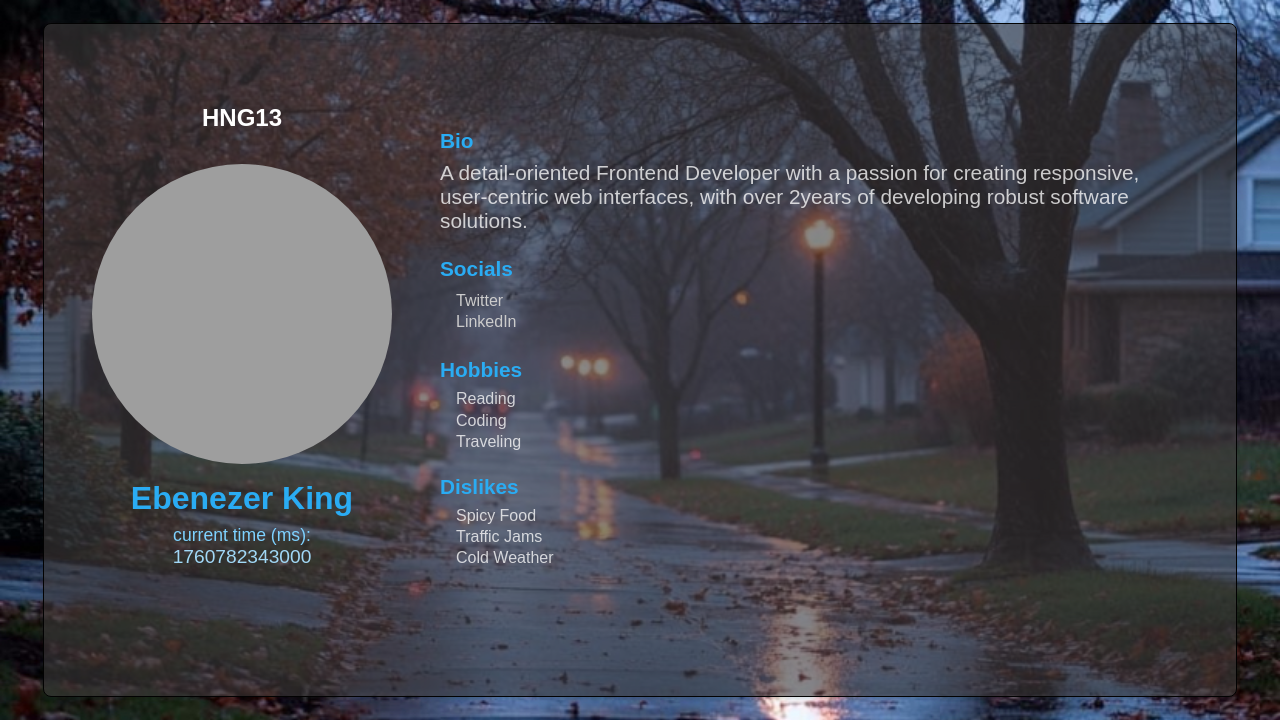
Repository: ebenezertiewei/profileCard
Page: index.html
The author's editor kept a copy of each file at every save. The page is drawn from the files as they stood at one save, then again after a run of saves.
The browser window is 1280 px wide. The pictures show the whole page.
Pictures or frames that could not be fetched are drawn as grey boxes.

Above is the page before, as saved 2025-10-18 12:38:58.

After the next 2 saves:
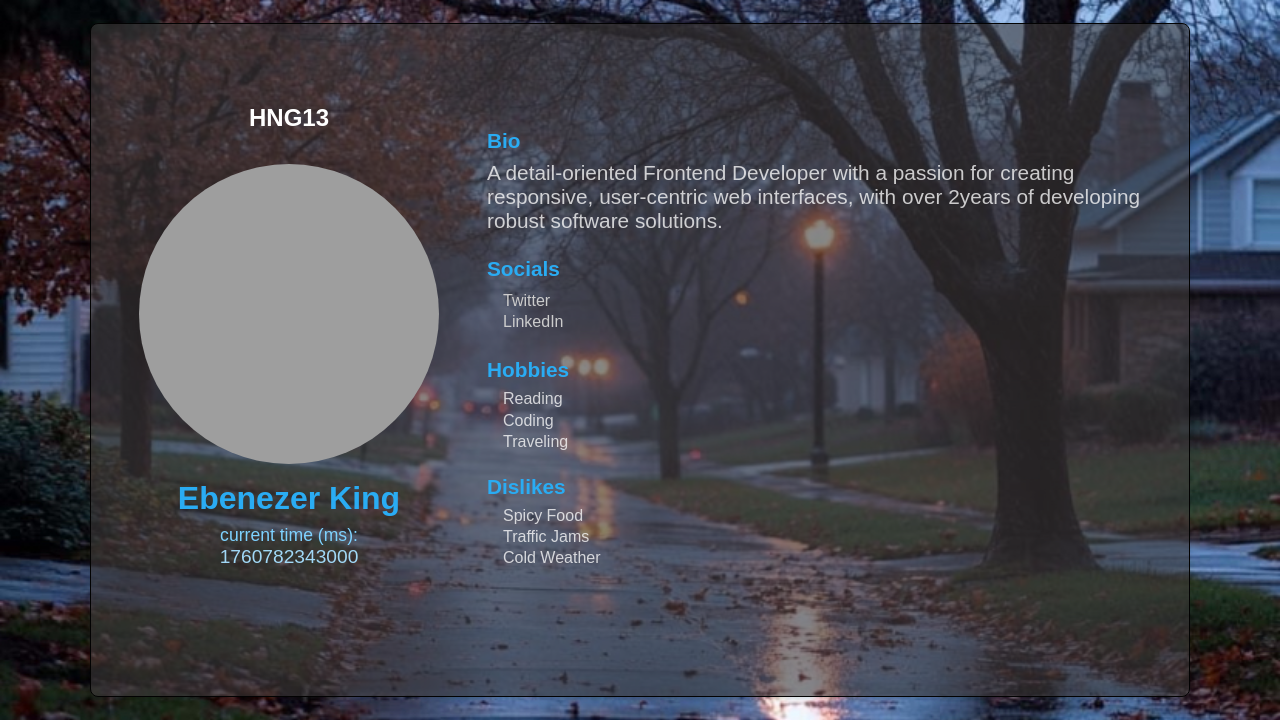
The 2 saves are shown as one change because they came seconds apart.
The last was saved 10 s later.
--- a/style.css
+++ b/style.css
@@ -27,7 +27,7 @@ body {
 /*--------------profile card container -------------------*/
 article[data-testid="test-profile-card"] {
 	/* height: 100%; */
-	max-width: 1194px;
+	max-width: 1100px;
 	padding: 3rem 1rem;
 	background-color: rgba(61, 58, 58, 0.6);
 	color: rgba(255, 255, 255, 0.761);
